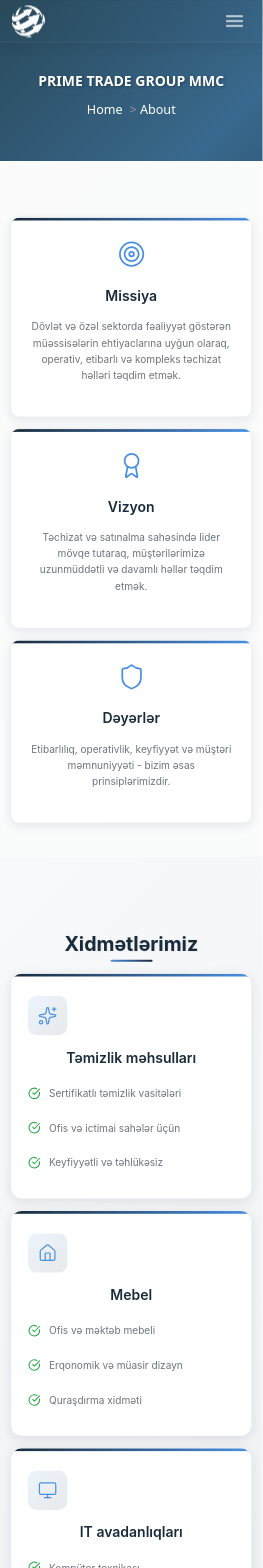
Repository: ferhadsultan98/primetradegroup
Page: /about
The author's editor kept a copy of each file at every save. The page is drawn from the files as they stood at one save, then again after the next save.
The browser window is 375 px wide. The pictures show the part of the page from y = 0 to 2240 px (the page is 4736 px tall before and 4741 px after), at 70% of full size.
The page's requests for data from a server got no answer. The project was rebuilt for these pictures with package versions that can differ from the ones it lists, and the page was loaded fresh each time. No one was signed in, and anything a server would have sent is missing. Also part of the build but not shown: vite.config.js, src/Components/Mainlayout/MainLayout.scss, src/Pages/Home/HomeSection.scss, src/Pages/Home/TestimonialSection/TestimonialSection.jsx, src/Pages/Home/CTASection/CTASection.scss, src/Pages/Home/CTASection/CTASection.jsx, src/Pages/Home/ProcessSection/ProcessSection.scss, src/Pages/Home/ProcessSection/ProcessSection.jsx and 25 more.

Above is the page before, as saved 2025-08-08 22:21:45.

### index.html
<!doctype html>
<html lang="en">
 <head>
  <meta charset="UTF-8" />
  <meta name="viewport" content="width=device-width, initial-scale=1.0" />
  <title>PRIME TRADE GROUP</title>
  <link rel="shortcut icon" href="./public/assets/ptglogo.png" type="image/x-icon" />

  <!-- SEO Keywords: Procurement, Supply Chain, Tender (AZ, EN, RU) -->
  <meta name="keywords" content="
    satınalma, tender, təchizat zənciri, logistika, dövlət satınalmaları, idxal-ixrac, müqavilə idarəetməsi, anbarda idarəetmə,
    procurement, public procurement, supply chain, tenders, logistics, contract management, import-export, sourcing,
    закупки, тендеры, логистика, цепочка поставок, государственные закупки, импорт, контрактное управление
  " />


  <meta name="description" content="PRIME TRADE GROUP — satınalma, tender idarəçiliyi, təchizat və logistika sahəsində peşəkar xidmətlər təklif edən qabaqcıl şirkətdir." />


  <meta name="author" content="PRIME TRADE GROUP" />


  <meta name="robots" content="index, follow" />


  <meta property="og:title" content="PRIME TRADE GROUP" />
  <meta property="og:description" content="Satınalma, tender, təchizat və logistika sahəsində peşəkar həllər." />
  <meta property="og:image" content="https://primetradegroup.az/assets/lightlogo-C0YSJfqf.png" />
  <meta property="og:url" content="https://primetradegroup.com" />
  <meta property="og:type" content="website" />
  <meta property="og:locale" content="az_AZ" />


  <meta name="twitter:card" content="summary_large_image" />
  <meta name="twitter:title" content="PRIME TRADE GROUP" />
  <meta name="twitter:description" content="Tender və satınalma sahəsində güvənli partnyorunuz." />
  <meta name="twitter:image" content="https://example.com/preview-image.png" />
</head>

  <body>
    <div id="root"></div>
    <script type="module" src="/src/main.jsx"></script>
  </body>
</html>

### src/App.jsx
import React from "react";
import {
  BrowserRouter as Router,
  Routes,
  Route,
  useLocation,
} from "react-router-dom";
import { I18nextProvider } from "react-i18next";
import i18n from "./Languages/i18n";
import MainLayout from "./Components/Mainlayout/Mainlayout";
import ScrollTopBtn from "./Components/ScrollTopBtn/ScrollTopBtn";
import "./App.css";

// Pages
import HomeSection from "./Pages/Home/HomeSection";
import AboutUs from "./Pages/About/About";
import Services from "./Pages/Services/Services";
import ServiceDetails from "./Pages/Services/ServiceDetails/ServiceDetails";
import WhyUs from "./Pages/WhyUs/WhyUs";
import ContactSection from "./Pages/Contact/Contact";
import NotFound from "./Pages/NotFound/NotFound";
import EditCatalog from "./Pages/EditCatalog/EditCatalog";
import PolicyContent from "./Pages/PolicyContent/PolicyContent";
import Login from "./Admin/Login/Login";
import ServicesAdmin from "./Admin/ServicesAdmin/ServicesAdmin";
import PrimeAdmin from "./Admin/PrimeAdmin";
// import PrimeAdmin from "./Admin/PrimeAdmin";

function ScrollToTop() {
  const { pathname } = useLocation();

  React.useEffect(() => {
    window.scrollTo(0, 0);
  }, [pathname]);

  return null;
}

const App = () => {
  return (
    <I18nextProvider i18n={i18n}>
      <Router>
        <ScrollToTop />
        <Routes>
          <Route
            path="/"
            element={
              <MainLayout>
                <HomeSection />
                <ScrollTopBtn />
              </MainLayout>
            }
          />
          <Route
            path="/about"
            element={
              <MainLayout>
                <AboutUs />
                <ScrollTopBtn />
              </MainLayout>
            }
          />
          <Route
            path="/services"
            element={
              <MainLayout>
                <Services />
                <ScrollTopBtn />
              </MainLayout>
            }
          />
          <Route
            path="/services/:id"
            element={
              <MainLayout>
                <React.Suspense fallback={<div>Loading...</div>}>
                  <ServiceDetails />
                </React.Suspense>
                <ScrollTopBtn />
              </MainLayout>
            }
          />
          <Route
            path="/why-us"
            element={
              <MainLayout>
                <WhyUs />
                <ScrollTopBtn />
              </MainLayout>
            }
          />
          <Route
            path="/contact"
            element={
              <MainLayout>
                <ContactSection />
                <ScrollTopBtn />
              </MainLayout>
            }
          />
          <Route
            path="/privacy"
            element={
              <MainLayout>
                <PolicyContent />
                <ScrollTopBtn />
              </MainLayout>
            }
          />
          <Route path="/login" element={<Login />} />
          <Route path="/admin" element={<PrimeAdmin />} />
          <Route path="admin/services-admin" element={<ServicesAdmin />} />
          <Route path="/catalogue" element={<EditCatalog />} />
          {/* <Route path="/admin" element={<PrimeAdmin />} /> */}
          <Route
            path="*"
            element={
              <MainLayout>
                <NotFound />
                <ScrollTopBtn />
              </MainLayout>
            }
          />
        </Routes>
      </Router>
    </I18nextProvider>
  );
};

export default App;

### src/Components/Mainlayout/Mainlayout.jsx
import React from 'react';
import Header from '../Common/Header/Header';
import Footer from '../Common/Footer/Footer';
import './MainLayout.scss'

const MainLayout = ({ children }) => {
  return (
    <div>
      <Header />
     <main className='mainLayout'>{children}</main>
      <Footer />
    </div>
  );
};

export default MainLayout;

### src/Components/ScrollTopBtn/ScrollTopBtn.jsx
import React, { useState, useEffect } from 'react';
import { FaArrowUp } from 'react-icons/fa';
import './ScrollTopBtn.scss';

const ScrollTopBtn = () => {
  const [isVisible, setIsVisible] = useState(false);

  // Show button when page is scrolled down
  useEffect(() => {
    const toggleVisibility = () => {
      if (window.pageYOffset > 300) {
        setIsVisible(true);
      } else {
        setIsVisible(false);
      }
    };

    window.addEventListener('scroll', toggleVisibility);
    return () => window.removeEventListener('scroll', toggleVisibility);
  }, []);

  // Scroll to top smoothly
  const scrollToTop = () => {
    window.scrollTo({
      top: 0,
      behavior: 'smooth',
    });
  };

  return (
    <div className={`scroll-to-top ${isVisible ? 'visible' : ''}`}>
      <button onClick={scrollToTop} aria-label="Scroll to top">
        <FaArrowUp />
      </button>
    </div>
  );
};

export default ScrollTopBtn;

### src/App.css
@import url('https://fonts.googleapis.com/css2?family=Montserrat+Alternates:ital,wght@0,100;0,200;0,300;0,400;0,500;0,600;0,700;0,800;0,900;1,100;1,200;1,300;1,400;1,500;1,600;1,700;1,800;1,900&family=Quicksand:wght@300..700&display=swap');

body {
  /* font-family: 'Montserrat Alternates', 'Quicksand', sans-serif; */
font-family: system-ui, -apple-system, BlinkMacSystemFont, 'Segoe UI', Roboto, Oxygen, Ubuntu, Cantarell, 'Open Sans', 'Helvetica Neue', sans-serif;
  margin: 0;
  padding: 0;
   /* background: linear-gradient(90deg, #253f57 0%, #253f57 100%); */
}
*{
    margin: 0;
    padding: 0;
    box-sizing: border-box;
}
/* body{

      font-family: 'Montserrat Alternates', 'Quicksand', sans-serif;
} */
 /* Webkit tabanlı tarayıcılar (Chrome, Safari, Edge) için */
::-webkit-scrollbar {
    width: 45px; /* Kaydırma çubuğu genişliği */

}

::-webkit-scrollbar-track {
    background: transparent; /* Parça arka planı saydam */
}

::-webkit-scrollbar-thumb {
    background: #1a2b3a; /* Kaydırma çubuğu rengi */
    border-radius: 10px; /* Yuvarlak kenarlar */
}

::-webkit-scrollbar-thumb:hover {
    background: #2c3e50; /* Üzerine gelindiğinde daha açık renk (opsiyonel) */
}

::-webkit-scrollbar-button {
    display: none !important; /* Okları zorla gizler */
    width: 0; /* Genişlik sıfır */
    height: 0; /* Yükseklik sıfır */
}

/* Firefox için */
* {
    scrollbar-width: thin; /* İnce kaydırma çubuğu */
    scrollbar-color: #1a2b3a transparent; /* Kaydırma çubuğu rengi ve saydam arka plan */
}

/* Ekstra güvenlik için tüm elementlerde okları kaldırma */
html, body, div, section, article, aside, main {
    scrollbar-width: thin;
    scrollbar-color: #1a2b3a transparent;
}
button{
    outline: none;
}

### src/Components/Common/Footer/Footer.jsx
import React from "react";
import {
  FaFacebookF,
  FaTwitter,
  FaInstagram,
  FaLinkedinIn,
  FaPhone,
  FaEnvelope,
  FaMapMarkerAlt,
} from "react-icons/fa";
import "./Footer.scss";
import LogoFooter from "../../../../public/assets/lightlogo.png";
import { useTranslation } from "react-i18next";

const Footer = () => {
  const { t } = useTranslation();
  return (
    <footer className="footerContainer">
      <div className="footerContent">
        <div className="footerTop">
          <div className="footerSection logoSection">
            <img src={LogoFooter} alt="Company Logo" className="companyLogo" />
            <h2>PRIME TRADE GROUP</h2>
            <p className="companyDescription">
              {t("footer.companyDescription")}
            </p>
          </div>

          <div className="footerSection">
            <h3 className="sectionTitle">{t("footer.quickLinks")}</h3>
            <ul className="linkList">
              <li>
                <a href="#home">{t("footer.home")}</a>
              </li>
              <li>
                <a href="#about">{t("footer.about")}</a>
              </li>
              <li>
                <a href="#services">{t("footer.services")}</a>
              </li>
              <li>
                <a href="#products">{t("footer.products")}</a>
              </li>
              <li>
                <a href="#contact">{t("footer.contact")}</a>
              </li>
            </ul>
          </div>

          <div className="footerSection">
            <h3 className="sectionTitle">{t("footer.servicesTitle")}</h3>
            <ul className="linkList">
              <li>
                <a href="#cleaning-detergent">
                  {t("footer.cleaningDetergent")}
                </a>
              </li>
              <li>
                <a href="#uniforms">{t("footer.uniforms")}</a>
              </li>
              <li>
                <a href="#it-equipment">{t("footer.itEquipment")}</a>
              </li>
              <li>
                <a href="#household-goods">{t("footer.householdGoods")}</a>
              </li>
              <li>
                <a href="#furniture">{t("footer.furniture")}</a>
              </li>
              <li>
                <a href="#plumbing">{t("footer.plumbing")}</a>
              </li>
              <li>
                <a href="#stationery">{t("footer.stationery")}</a>
              </li>
            </ul>
          </div>

          <div className="footerSection">
            <h3 className="sectionTitle">{t("footer.contactInfo")}</h3>
            <div className="contactInfo">
              <div className="contactItem">
                <FaMapMarkerAlt className="contactIcon" />
                <span>{t("footer.address")}</span>
              </div>
              <div className="contactItem">
                <FaPhone className="contactIcon" />
                <span>994 55 525 41 93</span>
              </div>
              <div className="contactItem">
                <FaEnvelope className="contactIcon" />
                <span>info@primtradegroup.az</span>
              </div>
            </div>

            <div className="socialMedia">
              {/* <a href="#facebook" className="socialLink">
                <FaFacebookF />
              </a>
              <a href="#twitter" className="socialLink">
                <FaTwitter />
              </a> */}
              <a href="#instagram" className="socialLink">
                <FaInstagram />
              </a>
              <a href="#linkedin" className="socialLink">
                <FaLinkedinIn />
              </a>
            </div>
          </div>
        </div>

        <div className="footerBottom">
          <div className="bottomContent">
            <p className="copyrightText">{t("footer.copyright")}</p>
            <div className="bottomLinks">
              <a href="#privacy">{t("footer.privacy")}</a>
              <a href="#terms">{t("footer.terms")}</a>
              <a href="#cookies">{t("footer.cookies")}</a>
            </div>
          </div>
        </div>
      </div>
    </footer>
  );
};

export default Footer;

### src/Components/ScrollTopBtn/ScrollTopBtn.scss
.scroll-to-top {
  position: fixed;
  bottom: 20px;
  right: 20px;
  opacity: 0;
  visibility: hidden;
  transition: all 0.3s ease-in-out;
  z-index: 1;

  &.visible {
    opacity: 1;
    visibility: visible;
  }

  button {
    background: linear-gradient(135deg, #253f57 0%, #52585a 100%);
    color: white;
    border: none;
    border-radius: 50%;
    width: 50px;
    height: 50px;
    cursor: pointer;
    display: flex;
    align-items: center;
    justify-content: center;
    box-shadow: 0 2px 5px rgba(0, 0, 0, 0.2);
    transition: background-color 0.3s ease, transform 0.3s ease;

    svg {
      font-size: 20px;
    }

    &:hover {
      background-color: white;
      transform: scale(1.1);
    }

    &:focus {
      outline: none;
      box-shadow: 0 0 0 3px rgba(0, 123, 255, 0.3);
    }
  }
}

### src/Components/SectionHeader/SectionHeader.jsx
import React from "react";
import "./SectionHeader.scss";
import Breadcrumb from "../Breadcrumb/Breadcrumb";

const SectionHeader = ({ label, title, description, centered = true, breadcrumbItems }) => {
  return (
    <div className={`sectionHeader ${centered ? "centered" : ""}`}>
      <span className="headerLabel">{label}</span>
      <h2 className="headerTitle">{title}</h2>
      {description && <p className="headerDescription">{description}</p>}
      <Breadcrumb items={breadcrumbItems} />
    </div>
  );
};

export default SectionHeader;

### src/Pages/Services/ServiceDetails/ServiceDetails.scss
.serviceDetailsContainer {
  color: #e0e0e0;
  min-height: 100vh;
  padding: 20px;
  font-family: -apple-system, BlinkMacSystemFont, 'Segoe UI', Roboto, sans-serif;
}

.containerWrapper {
  max-width: 1400px;
  margin: 0 auto;
  padding: 0 15px;
}

.categoryFilter {
  margin: 20px 0;
  overflow-x: auto;
  -webkit-overflow-scrolling: touch;
  scrollbar-width: none;
  &::-webkit-scrollbar {
    display: none;
  }
}

.categoryScroll {
  display: flex;
  gap: 10px;
  padding-bottom: 10px;
  white-space: nowrap;
}

.categoryButton {
  background-color: #2a3b4a;
  color: #e0e0e0;
  border: none;
  padding: 10px 20px;
  border-radius: 20px;
  cursor: pointer;
  font-size: 14px;
  transition: all 0.3s ease;
  &:hover {
    background-color: #3a4b5a;
  }
  &.active {
    background-color: #4a5b6a;
    color: #ffffff;
  }
}

.serviceDetailsSection {
  padding: 20px 0;
}

.serviceDetailsContent {
  display: flex;
  flex-direction: column;
  gap: 20px;
}

.serviceTitle {
  font-size: 28px;
  font-weight: 600;
  color: #ffffff;
  margin-bottom: 20px;
  text-align: center;
}

.productsContainer {
  display: flex;
  flex-wrap: wrap;
  gap: 20px;
  padding: 20px 0;
  justify-content: center;
}

.productCard {
  background-color: #2a3b4a;
  border-radius: 12px;
  position: relative;
  overflow: hidden;
  transition: transform 0.3s ease;
  width: 300px;

  &:hover {
    transform: translateY(-5px);
  }
}

.categoryBadge {
  background-color: #4a5b6a;
  color: #ffffff;
  padding: 6px 12px;
  font-size: 12px;
  font-weight: 500;
  border-radius: 0 0 8px 0;
  position: absolute;
  top: 0;
  left: 0;
}

.productImageContainer {
  width: 100%;
  height: 200px;
  overflow: hidden;
}

.productImage {
  width: 100%;
  height: 100%;
  object-fit: cover;
}

.productInfo {
  padding: 20px;
}

.productName {
  font-size: 20px;
  font-weight: 600;
  color: #ffffff;
  margin-bottom: 10px;
}

.productDetails {
  display: flex;
  flex-direction: column;
  gap: 10px;
}

.productDescription {
  font-size: 14px;
  line-height: 1.5;
  color: #d0d0d0;
}

.additionalInfoSection {
  font-size: 14px;
  color: #d0d0d0;
  p {
    margin: 5px 0;
    strong {
      color: #ffffff;
    }
  }
}

.backButton {
  background-color: #4a5b6a;
  color: #ffffff;
  border: none;
  padding: 12px 24px;
  border-radius: 8px;
  cursor: pointer;
  font-size: 16px;
  font-weight: 500;
  margin: 20px auto;
  display: block;
  transition: background-color 0.3s ease;
  &:hover {
    background-color: #5a6b7a;
  }
}

/* Responsive adjustments */
@media (max-width: 768px) {
  .serviceTitle {
    font-size: 24px;
  }

  .productsContainer {
    justify-content: center;
  }

  .productImageContainer {
    height: 180px;
  }

  .productName {
    font-size: 18px;
  }

  .categoryButton {
    padding: 8px 16px;
    font-size: 13px;
  }
}

@media (max-width: 480px) {
  .serviceDetailsContainer {
    padding: 15px;
  }

  .serviceTitle {
    font-size: 20px;
  }

  .productImageContainer {
    height: 150px;
  }

  .productName {
    font-size: 16px;
  }

  .productDescription, .additionalInfoSection {
    font-size: 13px;
  }

  .backButton {
    padding: 10px 20px;
    font-size: 14px;
  }
}

### src/Pages/Home/TestimonialSection/TestimonialSection.scss
.testimonialsSection {
  padding: 80px 0;
  background: #ffffff;
}

.testimonialsSection .sectionTitle,
.testimonialsSection .sectionDescription {
  color: #253f57;
}

.contentWrapper {
  width: 100%;
  max-width: 1200px;
  padding: 0 40px;
  margin: 0 auto;
}

.sectionTitle {
  font-size: 3rem;
  font-weight: 700;
  color: #253f57;
  text-align: center;
  margin: 60px 0 20px;
  line-height: 1.2;
  text-shadow: 1px 1px 3px rgba(0, 0, 0, 0.1);
}

.sectionDescription {
  font-size: 1.2rem;
  color: #253f57;
  text-align: center;
  max-width: 700px;
  margin: 0 auto 40px;
  line-height: 1.6;
}

.testimonialsGrid {
  display: grid;
  grid-template-columns: repeat(auto-fit, minmax(280px, 1fr));
  gap: 30px;
}

.testimonialCard {
  background: rgba(255, 255, 255, 0.1);
  padding: 30px;
  border-radius: 12px;
  text-align: center;
}

.authorImage {
  width: 80px;
  height: 80px;
  border-radius: 50%;
  object-fit: cover;
  margin: 0 auto 15px;
}

.testimonialQuote {
  font-size: 1.1rem;
  color: #253f57;
  line-height: 1.6;
  margin-bottom: 15px;
  font-style: italic;
}

.testimonialAuthor {
  font-size: 1rem;
  color: #253f57;
  font-weight: 600;
}

/* Responsive Styles */

/* Tablet */
@media screen and (max-width: 1024px) {
  .contentWrapper {
    padding: 0 30px;
  }

  .sectionTitle {
    font-size: 2.5rem;
  }

  .sectionDescription {
    font-size: 1.1rem;
  }
}

/* Mobile Landscape */
@media screen and (max-width: 768px) {
  .contentWrapper {
    padding: 0 25px;
  }

  .sectionTitle {
    font-size: 2.2rem;
  }

  .sectionDescription {
    font-size: 1rem;
  }

  .testimonialsSection {
    padding: 60px 0;
  }

  .testimonialCard {
    padding: 20px;
  }
}

/* Mobile Portrait */
@media screen and (max-width: 480px) {
  .contentWrapper {
    padding: 0 20px;
  }

  .sectionTitle {
    font-size: 2rem;
  }

  .sectionDescription {
    font-size: 0.95rem;
  }

  .testimonialCard {
    padding: 20px;
  }

  .testimonialQuote {
    font-size: 1rem;
  }

  .testimonialAuthor {
    font-size: 0.9rem;
  }

  .authorImage {
    width: 60px;
    height: 60px;
  }
}

/* Small Mobile */
@media screen and (max-width: 360px) {
  .contentWrapper {
    padding: 0 15px;
  }

  .sectionTitle {
    font-size: 1.8rem;
  }

  .sectionDescription {
    font-size: 0.9rem;
  }
}

/* Ultra-wide screens */
@media screen and (min-width: 1440px) {
  .contentWrapper {
    max-width: 1400px;
    padding: 0 60px;
  }

  .sectionTitle {
    font-size: 3.5rem;
  }

  .sectionDescription {
    font-size: 1.3rem;
  }
}

### src/Components/SectionHeader/SectionHeader.scss
$primaryColor: #1a2b3a;
$secondaryColor: #2c4b63;
$accentColor: #39698e;
$successColor: #467193;
$whiteColor: #ffffff;
$darkColor: #0f1419;
$grayColor: #6c757d;
$lightGray: #f8f9fa;
$borderColor: #e5e5e5;
$shadow: 0 2px 10px rgba(0, 0, 0, 0.1);
$transition: all 0.3s cubic-bezier(0.4, 0, 0.2, 1);

@keyframes gradientShift {
  0% { background-position: 0% 50%; }
  50% { background-position: 100% 50%; }
  100% { background-position: 0% 50%; }
}

@keyframes fadeInUp {
  from {
    opacity: 0;
    transform: translateY(30px);
  }
  to {
    opacity: 1;
    transform: translateY(0);
  }
}

.sectionHeader {
  padding: 150px 0 100px;
  margin: 0 auto;
  text-align: center;
  position: relative;
  overflow: hidden;
  z-index: 2;

  // Animated gradient background
  background: linear-gradient(-45deg,
    $primaryColor,
    $secondaryColor,
    #1e3a4f,
    $accentColor,
    #2a4a5c,
    $primaryColor
  );
  background-size: 400% 400%;
  animation: gradientShift 8s ease infinite;

  &.centered {
    text-align: center;
  }

  .headerLabel {
    color: $accentColor;
    font-size: 14px;
    font-weight: 600;
    text-transform: uppercase;
    letter-spacing: 2px;
    display: inline-block;
    margin-bottom: 20px;
    animation: fadeInUp 0.8s ease-out;
  }

  .headerTitle {
    font-size: 48px;
    font-weight: 700;
    color: $whiteColor;
    margin-bottom: 25px;
    line-height: 1.2;
    animation: fadeInUp 0.8s ease-out 0.2s both;
    text-shadow: 2px 2px 4px rgba(0, 0, 0, 0.3);
  }

  .headerDescription {
    font-size: 20px;
    color: rgba($whiteColor, 0.9);
    line-height: 1.8;
    margin: 0 auto;
    margin-bottom: 40px;
    max-width: 600px;
    animation: fadeInUp 0.8s ease-out 0.4s both;
    text-shadow: 1px 1px 2px rgba(0, 0, 0, 0.2);
    position: relative;
  }

  @media (max-width: 1200px) {
    padding: 130px 0 80px;

    .headerTitle {
      font-size: 42px;
    }

    .headerDescription {
      font-size: 18px;
      max-width: 500px;
    }
  }

  @media (max-width: 768px) {
    padding: 100px 0 60px;

    .headerLabel {
      font-size: 12px;
      letter-spacing: 1px;
    }

    .headerTitle {
      font-size: 36px;
      margin-bottom: 20px;
    }

    .headerDescription {
      font-size: 16px;
      max-width: 400px;
      margin-bottom: 30px;
    }

    .wave-decoration {
      display: none;
    }
  }

  @media (max-width: 480px) {
    padding: 80px 0 40px;

    .headerLabel {
      font-size: 11px;
      margin-bottom: 15px;
    }

    .headerTitle {
      font-size: 20px;
      margin-bottom: 15px;
    }

    .headerDescription {
      font-size: 14px;
      max-width: 300px;
      line-height: 1.6;
      margin-bottom: 25px;
    }

    .wave-decoration {
      display: none;
    }
  }

  @media (max-width: 320px) {
    padding: 60px 0 30px;

    .headerTitle {
      font-size: 20px;
    }

    .headerDescription {
      font-size: 13px;
      max-width: 280px;
    }
  }

  @media (prefers-reduced-motion: reduce) {
    background: $primaryColor;
    animation: none;
  }
}

### src/Components/BreadCrumb/BreadCrumb.jsx
import React from "react";
import { Link, useLocation } from "react-router-dom";
import "./Breadcrumb.scss";

const Breadcrumb = () => {
  const location = useLocation();
  const paths = location.pathname.split("/").filter(Boolean);

  return (
    <div className="breadcrumb">
      <Link to="/">Home</Link>
      {paths.map((path, index) => {
        const to = "/" + paths.slice(0, index + 1).join("/");
        const name = path.charAt(0).toUpperCase() + path.slice(1);
        return (
          <span key={to}>
            {" > "}
            <Link to={to}>{name}</Link>

          </span>
        );
      })}
    </div>
  );
};

export default Breadcrumb;

### src/Components/BreadCrumb/BreadCrumb.scss
.breadcrumb {
  font-size: 18px;
  margin-bottom: 20px;
  color: #999;
  animation: fadeInUp 0.8s ease-out;
  @keyframes fadeInUp {
    from {
      opacity: 0;
      transform: translateY(30px);
    }
    to {
      opacity: 1;
      transform: translateY(0);
    }
  }
  a {
    color: #ffffff;
    text-decoration: none;

    &:hover {
      text-decoration: underline;
    }
  }

  span {
    margin-left: 5px;
  }
}

Loaded but not shown: src/main.jsx (common file); src/index.css (common file); src/Languages/RU/RU.json (385 lines, source omitted); src/Languages/EN/EN.json (385 lines, source omitted); src/Languages/AZ/AZ.json (361 lines, source omitted); src/Languages/i18n.js (38 lines, source omitted); src/Pages/About/About.scss (499 lines, source omitted); src/Pages/About/About.jsx (216 lines, source omitted); src/Components/Common/Header/Header.scss (354 lines, source omitted); src/Components/Common/Footer/Footer.scss (331 lines, source omitted); src/Components/Common/Header/Header.jsx (149 lines, source omitted)

After the next save:
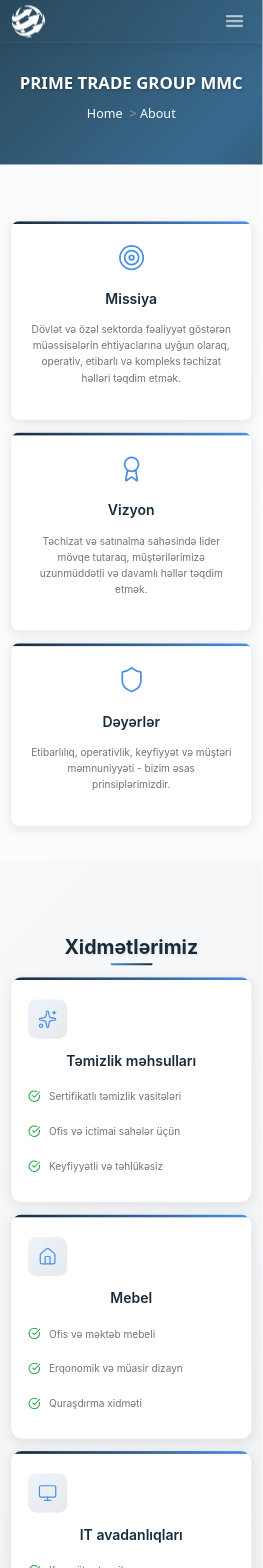
Saved 13 s later.
--- a/src/Components/SectionHeader/SectionHeader.scss
+++ b/src/Components/SectionHeader/SectionHeader.scss
@@ -130,7 +130,7 @@ $transition: all 0.3s cubic-bezier(0.4, 0, 0.2, 1);
     }
 
     .headerTitle {
-      font-size: 20px;
+      font-size: 24px;
       margin-bottom: 15px;
     }
 
